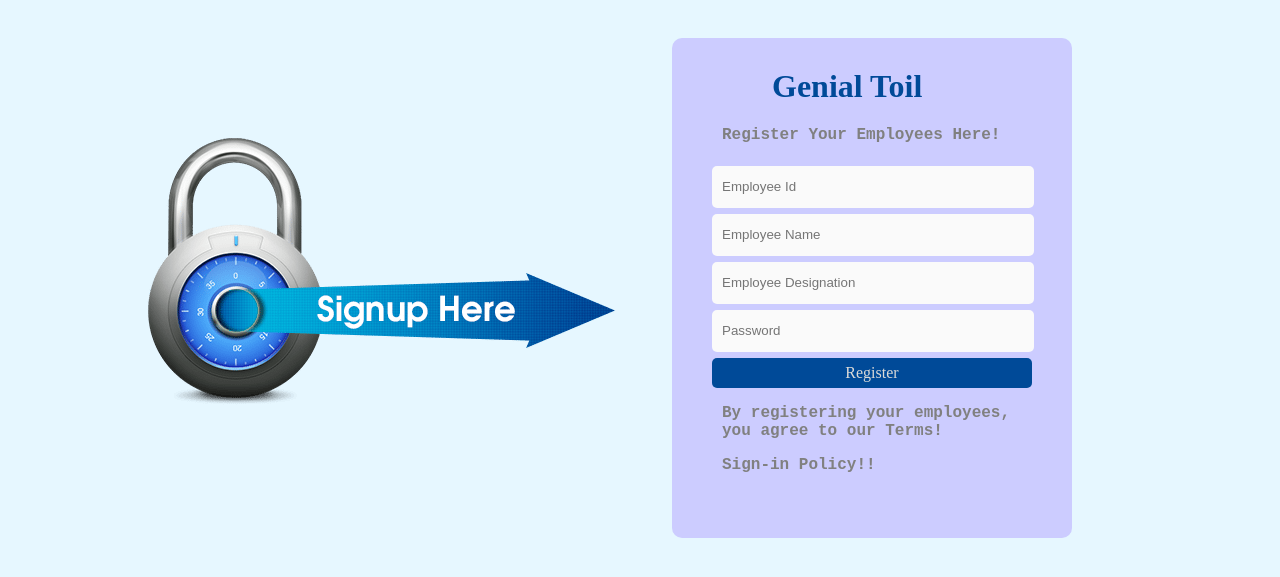
Repository: robin9533/Basic-Programs-App.
Page: GW-Genial Work Proj/GT_GenialToil/WebContent/EmployeeSignup.html
These files come from the project's save history. The page is drawn as it stood at one moment and after the next save; the edit follows.
The browser window is 1280 px wide. The pictures show the whole page.

Above is the page before, as saved 2019-05-10 13:59:29.

After the next save:
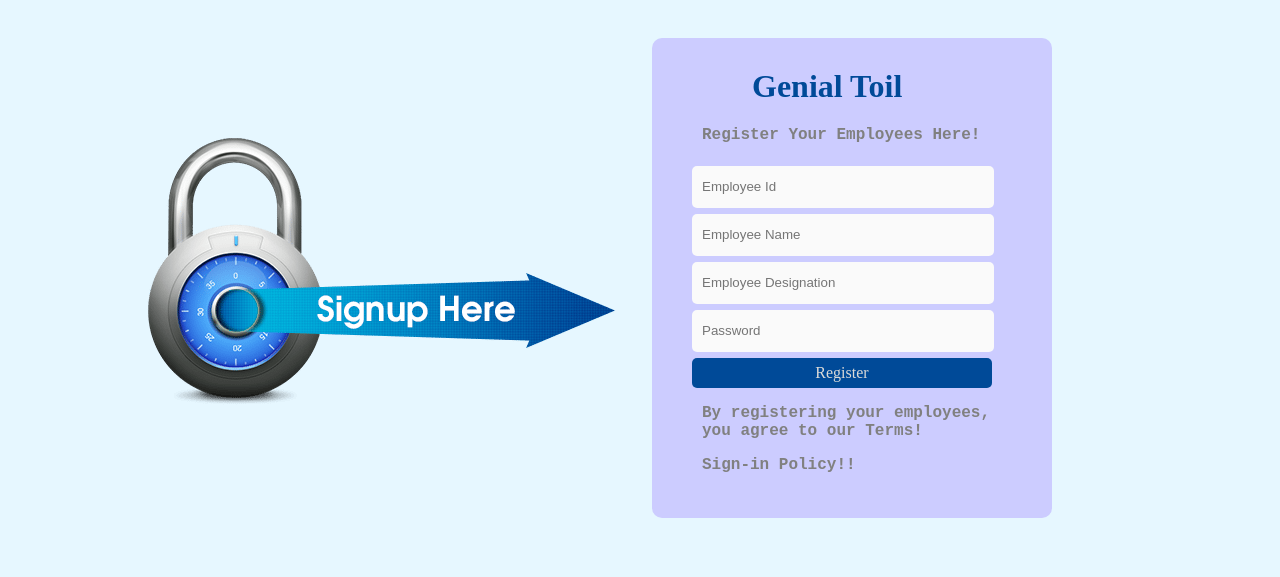
Saved 36 s later.
--- a/GW-Genial Work Proj/GT_GenialToil/WebContent/EmployeeSignup.css
+++ b/GW-Genial Work Proj/GT_GenialToil/WebContent/EmployeeSignup.css
@@ -4,11 +4,11 @@ body{
 	background-color: #e6f7ff;
 }
 .registrationblock {
-	height:500px;
+	height:480px;
 	width: 400px;
 	float:right;
 	margin-top: 30px;
-	margin-right: 200px;
+	margin-right: 220px;
 	border-radius:10px;
 	border:0px solid black;
 	background-color: #ccccff;
@@ -24,7 +24,7 @@ body{
 	border:0px solid black;
 }
 .registrationblock input{
-	width: 310px;
+	width: 290px;
 	height:40px;
 	margin-bottom:6px;
 	margin-left:40px;
@@ -37,7 +37,7 @@ body{
 
 }
 .registrationblock button{
-	width:320px;
+	width:300px;
 	height:30px;
 	margin-left:40px;
 	text-align: center;
